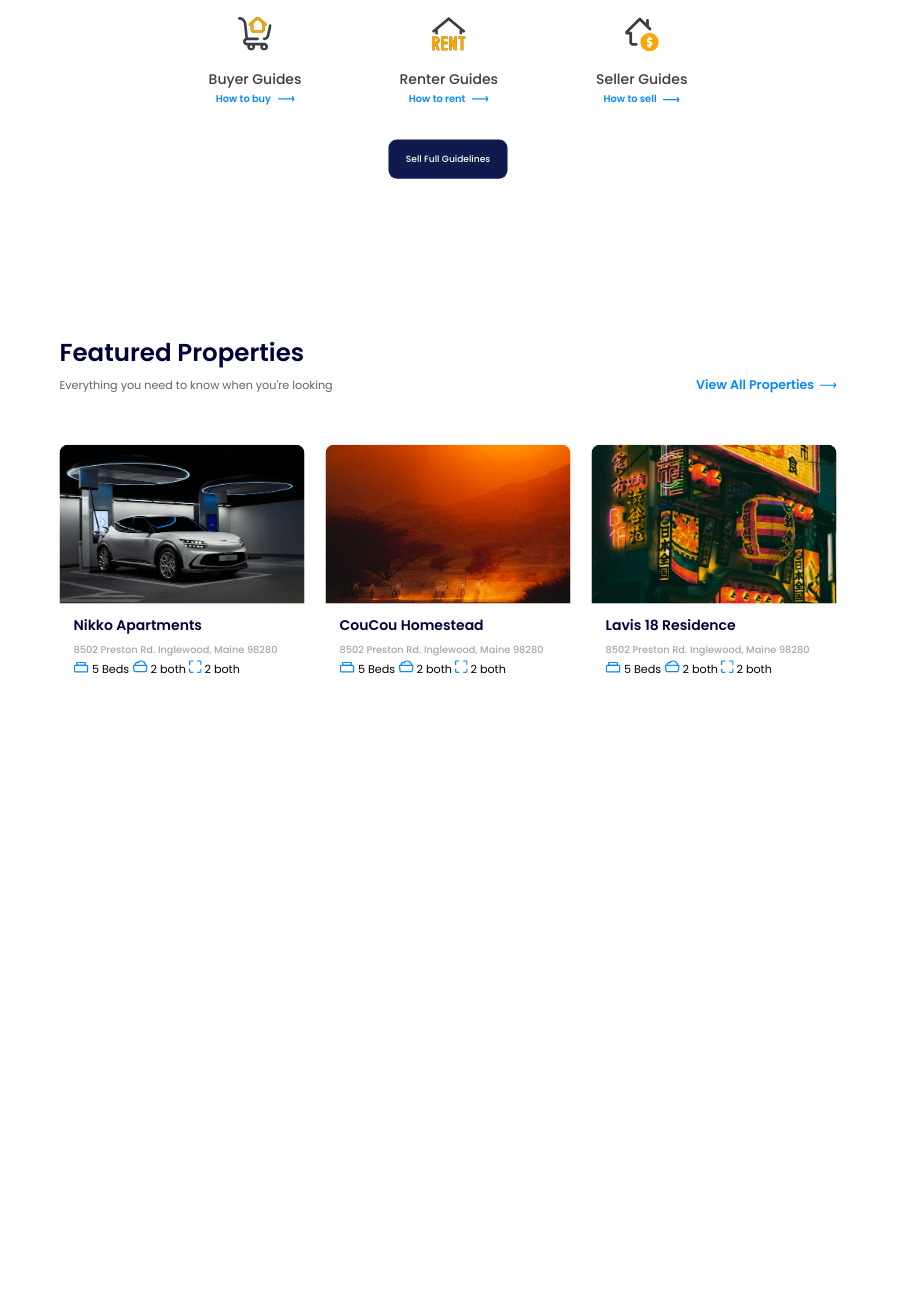
Repository: empty24062002/f8-htmlcss-01
Page: index.html
The author's editor kept a copy of each file at every save. The page is drawn from the files as they stood at one save, then again after the next save.
The browser window is 1280 px wide. The page is 1295 px wide, so the pictures cover 1295 px, including what lies to the right of the window. The pictures show the part of the page from y = 1495 to 3375 px (the page is 10000 px tall), at 70% of full size.

Above is the page before, as saved 2023-07-12 10:50:59.

After the next save:
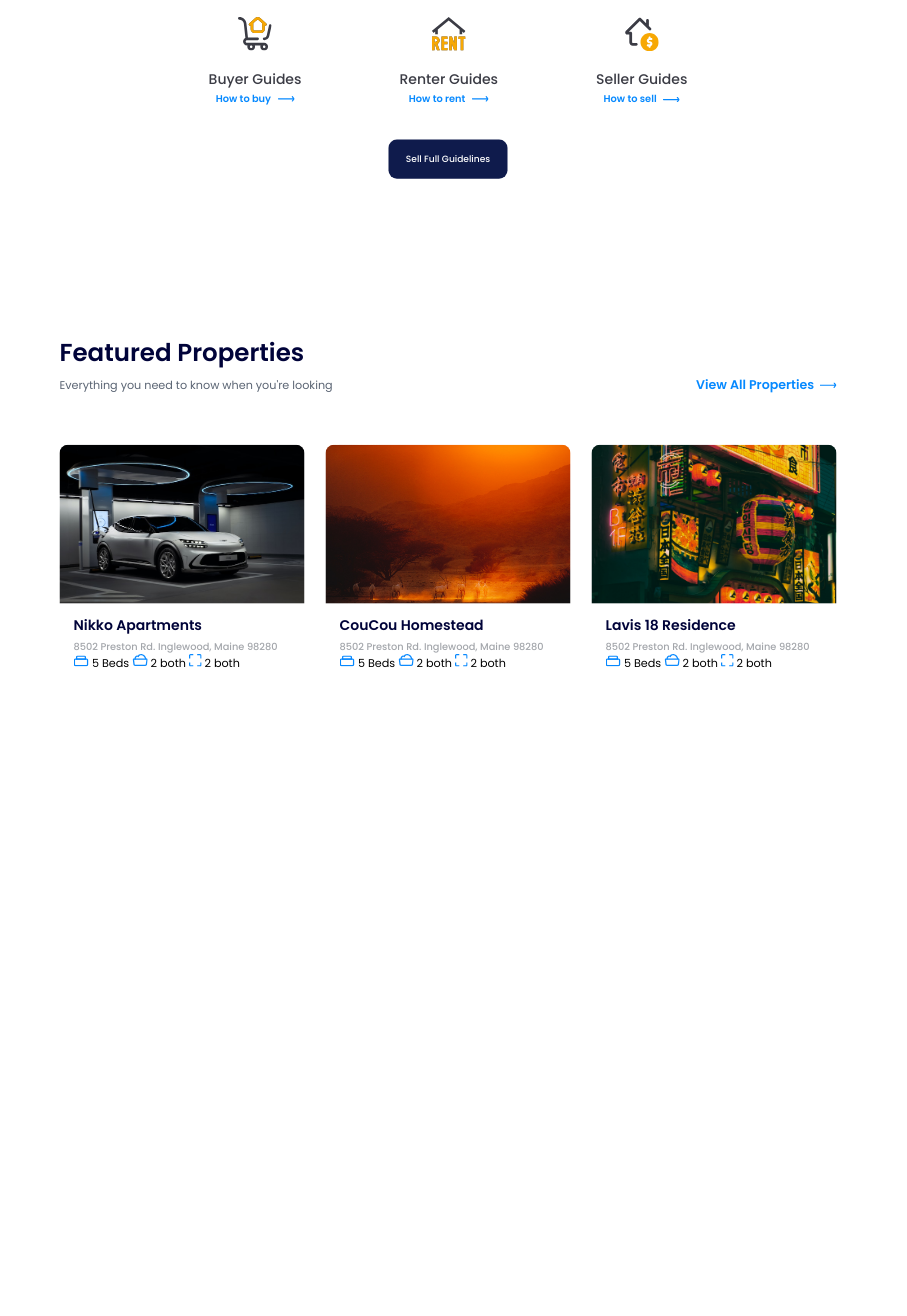
Saved 15 s later.
--- a/assets/css/styles.css
+++ b/assets/css/styles.css
@@ -311,5 +311,6 @@
     margin-top: 11px;
     color: #a3a6ab;
     font-size: 1.4rem;
-    font-weight: 500;
-}
+    line-height: 1.5;
+    font-weight: 500;
+}
